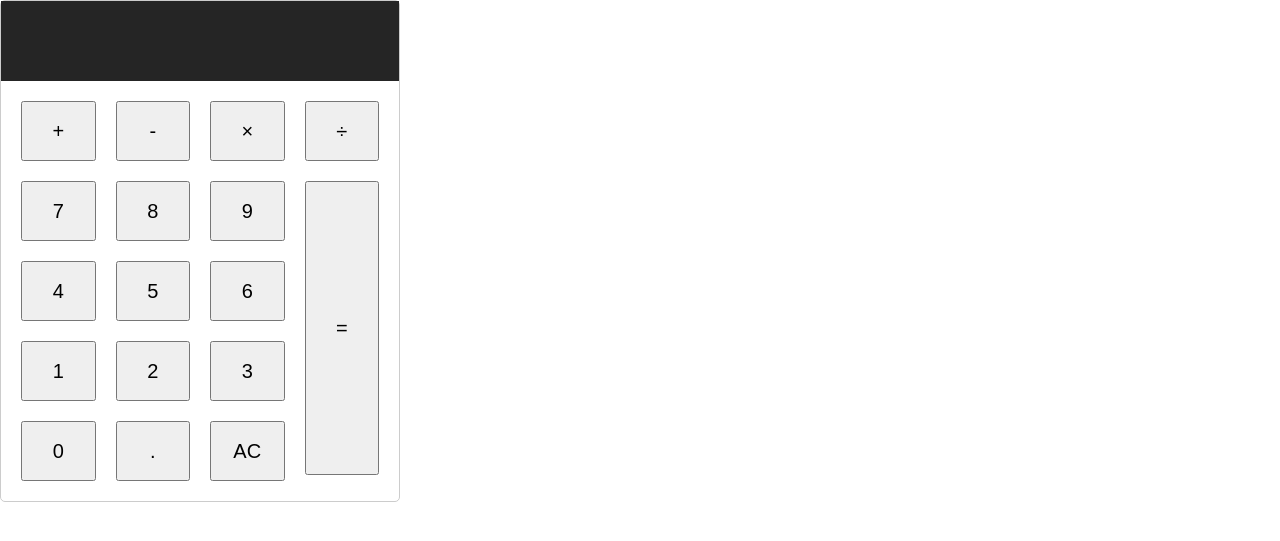
Repository: bzorufchi/tamrin-javascript
Page: Calculator .html
An editor plug-in stored every save of this project. The page is shown before and after a run of saves, followed by the edit.
The browser window is 1280 px wide. The pictures show the whole page.

Above is the page before, as saved 2024-01-06 11:30:01.

### Calculator .html
<!DOCTYPE html>
<html lang="en">
<head>
    <meta charset="UTF-8">
    <meta name="viewport" content="width=device-width, initial-scale=1.0">
    <title>Document</title>
    <link href="./Calculator .js" rel="stylesheet">
    <style>
        html {
  font-size: 62.5%;
  box-sizing: border-box;
}

*,
*::before,
*::after {
  margin: 0;
  padding: 0;
  box-sizing: inherit;
}

.calculator {
  border: 1px solid #ccc;
  border-radius: 5px;
  width: 400px;
}

.calculator-screen {
  width: 100%;
  height: 80px;
  border: none;
  background-color: #252525;
  color: #fff;
  text-align: right;
  padding-right: 20px;
  padding-left: 10px;
  font-size: 4rem;
}

button {
  height: 60px;
  font-size: 2rem!important;
}

.equal-sign {
  height: 98%;
  grid-area: 2 / 4 / 6 / 5;
}

.calculator-keys {
  display: grid;
  grid-template-columns: repeat(4, 1fr);
  grid-gap: 20px;
  padding: 20px;
}
    </style>
</head>
<body>
    <div class="calculator card">

        <input type="text" class="calculator-screen z-depth-1" value="" disabled />

        <div class="calculator-keys">

          <button type="button" class="operator btn btn-info" value="+">+</button>
          <button type="button" class="operator btn btn-info" value="-">-</button>
          <button type="button" class="operator btn btn-info" value="*">&times;</button>
          <button type="button" class="operator btn btn-info" value="/">&divide;</button>

          <button type="button" value="7" class="btn btn-light waves-effect">7</button>
          <button type="button" value="8" class="btn btn-light waves-effect">8</button>
          <button type="button" value="9" class="btn btn-light waves-effect">9</button>


          <button type="button" value="4" class="btn btn-light waves-effect">4</button>
          <button type="button" value="5" class="btn btn-light waves-effect">5</button>
          <button type="button" value="6" class="btn btn-light waves-effect">6</button>


          <button type="button" value="1" class="btn btn-light waves-effect">1</button>
          <button type="button" value="2" class="btn btn-light waves-effect">2</button>
          <button type="button" value="3" class="btn btn-light waves-effect">3</button>


          <button type="button" value="0" class="btn btn-light waves-effect">0</button>
          <button type="button" class="decimal function btn btn-secondary" value=".">.</button>
          <button type="button" class="all-clear function btn btn-danger btn-sm" value="all-clear">AC</button>

          <button type="button" class="equal-sign operator btn btn-default" value="=">=</button>

        </div>
      </div>
</body>
</html>

### Calculator .js
var arr=[10,5,7]
var r=[]
Calculator(arr)
console.log(r)
function Calculator(arr){
for (let i = 0; i < arr.length; i++) {
  r[i]=(arr[i])
}
}
function add(){

}
function subtract(){

}
function divide(){

}

After the next 2 saves:
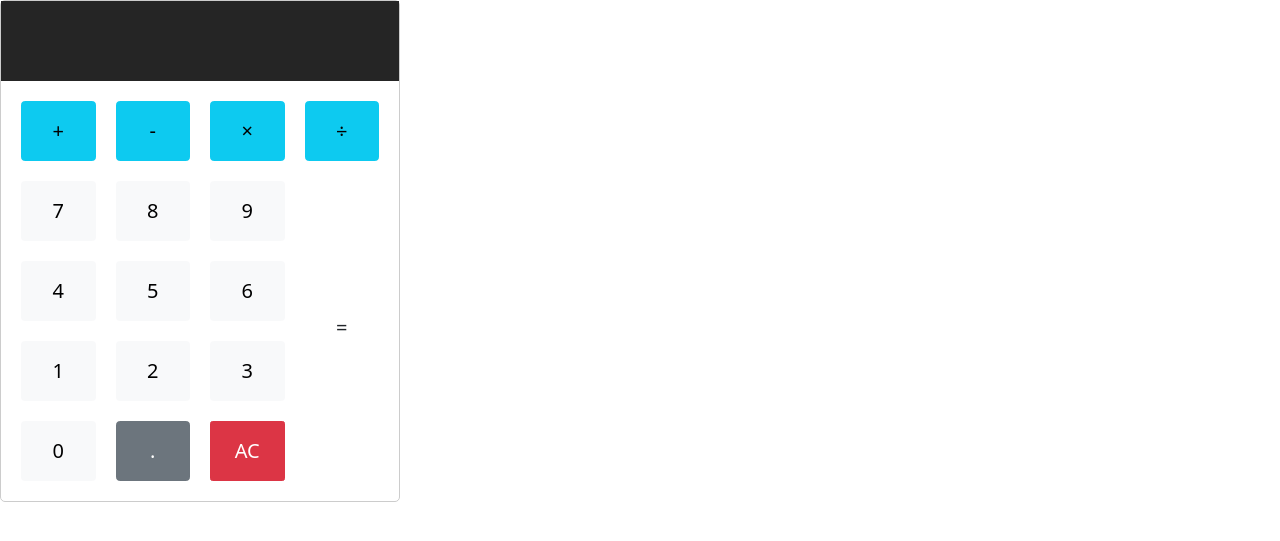
The 2 saves are shown as one change because they came seconds apart.
The last was saved 86 s later.
--- a/Calculator .html
+++ b/Calculator .html
@@ -5,6 +5,8 @@
     <meta name="viewport" content="width=device-width, initial-scale=1.0">
     <title>Document</title>
     <link href="./Calculator .js" rel="stylesheet">
+    <link href="https://cdn.jsdelivr.net/npm/bootstrap@5.3.2/dist/css/bootstrap.min.css" rel="stylesheet" integrity="sha384-T3c6CoIi6uLrA9TneNEoa7RxnatzjcDSCmG1MXxSR1GAsXEV/Dwwykc2MPK8M2HN" crossorigin="anonymous">
+
     <style>
         html {
   font-size: 62.5%;
